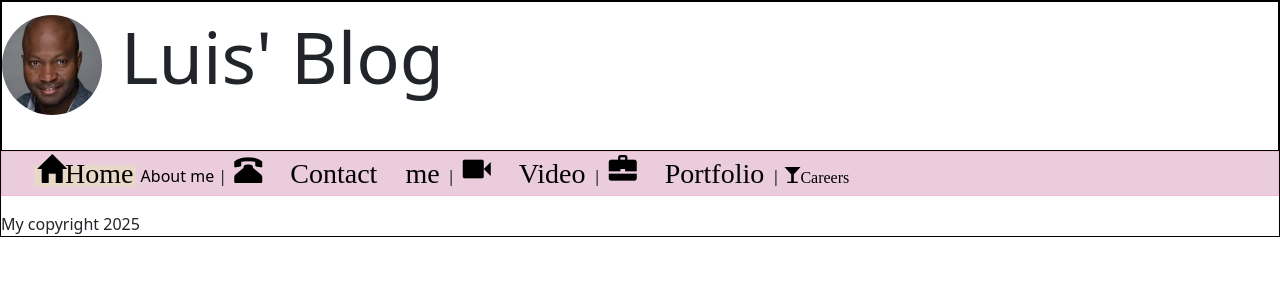
Repository: wduluis/wduluis.github.io
Page: video.html
The author's editor kept a copy of each file at every save. The page is drawn from the files as they stood at one save, then again after the next save.
The browser window is 1280 px wide. The pictures show the whole page.

Above is the page before, as saved 2025-05-09 10:19:01.

After the next save:
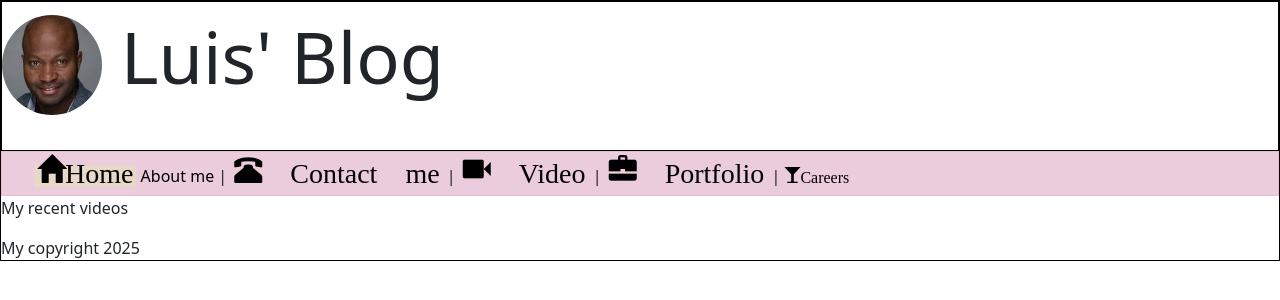
Saved 13 s later.
--- a/video.html
+++ b/video.html
@@ -37,7 +37,7 @@
 </div>
 
 <div id="contentarea">
-<p> </p>
+<p> My recent videos</p>
 
 
 
